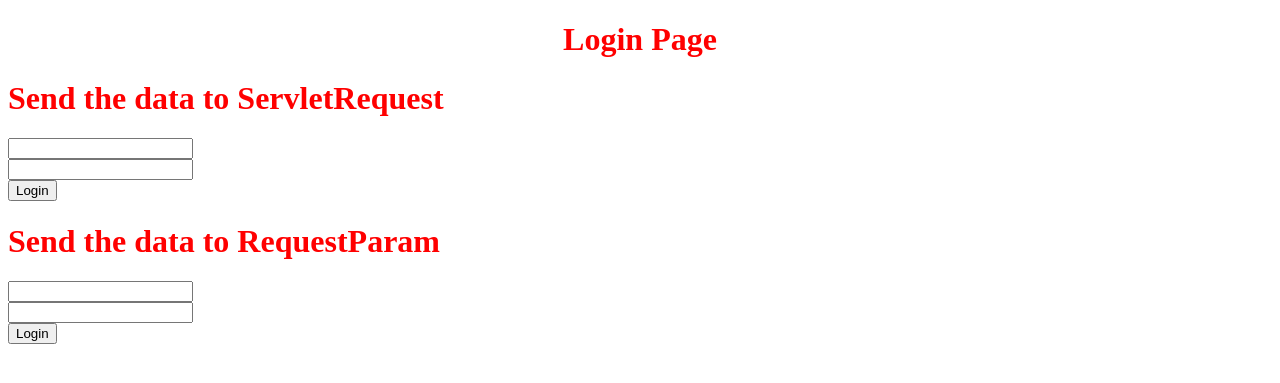
Repository: Somanath-Singh/Spring-Framework-By-Qspide
Page: http://localhost/SpringMVC-Proj01/login.jsp
These files come from the project's save history. The page is drawn as it stood at one moment and after the next save; the edit follows.
The browser window is 1280 px wide. The pictures show the whole page.
The page is served by Tomcat 10.

Above is the page before, as saved 2025-02-17 04:51:15.

After the next save:
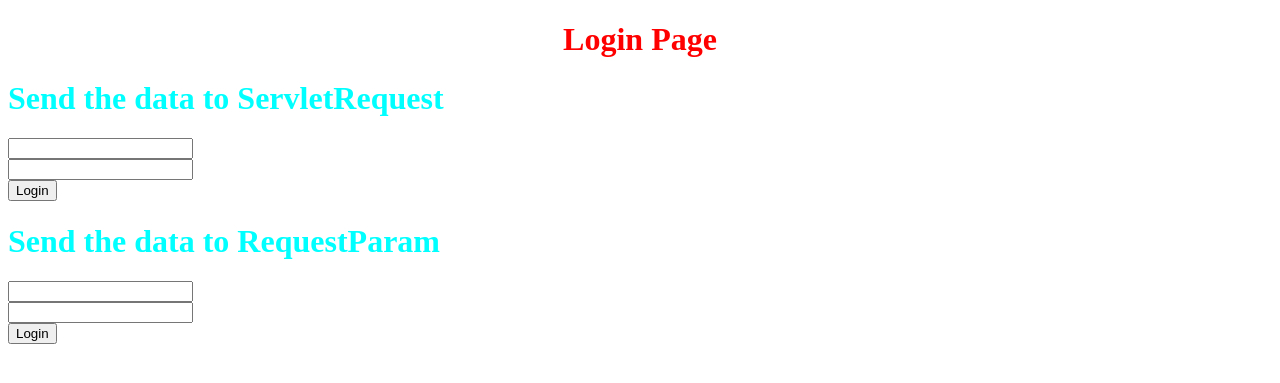
Saved 31 s later.
--- a/SpringMVC-Proj01/src/main/webapp/login.jsp
+++ b/SpringMVC-Proj01/src/main/webapp/login.jsp
@@ -10,14 +10,14 @@
 
 	<h1 style="color:red;text-align:center;">Login Page</h1>
 
-	<h1 style="color:red;text-align:left;">Send the data to ServletRequest</h1>
+	<h1 style="color:cyan;text-align:left;">Send the data to ServletRequest</h1>
 	<form action="./login" method="POST">
 		<input type="email" name="email"><br> <input type="password"
 			name="password"><br>
 		<button>Login</button>
 	</form>
 
-	<h1 style="color:red;text-align:left;">Send the data to RequestParam</h1>
+	<h1 style="color:cyan;text-align:left;">Send the data to RequestParam</h1>
 	<form action="./login2" method="POST">
 		<input type="email" name="email"><br> <input type="password"
 			name="password"><br>
